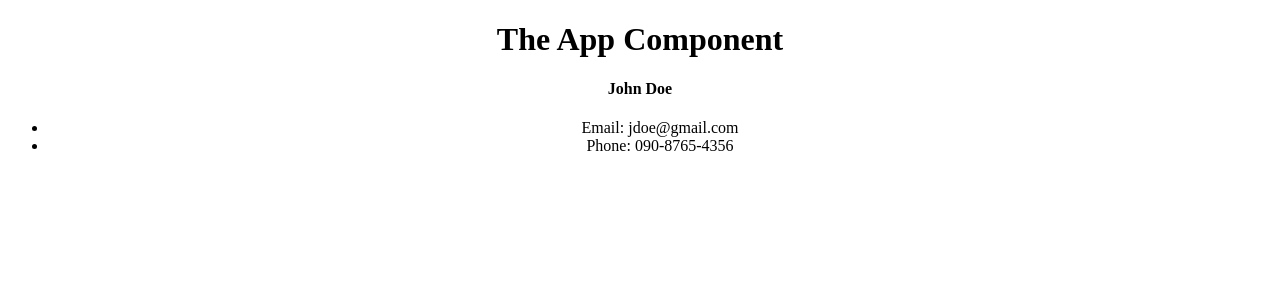
Repository: IkennaU/contactmanager
Page: /test
An editor plug-in stored every save of this project. The page is shown before and after the next save, followed by the edit.
The browser window is 1280 px wide. The pictures show the whole page.
The project was rebuilt for these pictures with package versions that can differ from the ones it lists, and the page was loaded fresh each time.

Above is the page before, as saved 2020-07-20 01:13:04.

### public/index.html
<!DOCTYPE html>
<html lang="en">
  <head>
    <meta charset="utf-8" />
    <link rel="icon" href="%PUBLIC_URL%/favicon.ico" />
    <meta name="viewport" content="width=device-width, initial-scale=1" />
    <meta name="theme-color" content="#000000" />
    <meta
      name="description"
      content="Web site created using create-react-app"
    />
    <link rel="apple-touch-icon" href="%PUBLIC_URL%/logo192.png" />
    <!--
      manifest.json provides metadata used when your web app is installed on a
      user's mobile device or desktop. See https://developers.google.com/web/fundamentals/web-app-manifest/
    -->
    <link rel="manifest" href="%PUBLIC_URL%/manifest.json" />
    <!--
      Notice the use of %PUBLIC_URL% in the tags above.
      It will be replaced with the URL of the `public` folder during the build.
      Only files inside the `public` folder can be referenced from the HTML.

      Unlike "/favicon.ico" or "favicon.ico", "%PUBLIC_URL%/favicon.ico" will
      work correctly both with client-side routing and a non-root public URL.
      Learn how to configure a non-root public URL by running `npm run build`.
    -->
    <title>Contact Manager</title>
  </head>
  <body>
    <noscript>You need to enable JavaScript to run this app.</noscript>
    <div id="root"></div>
    <!--
      This HTML file is a template.
      If you open it directly in the browser, you will see an empty page.

      You can add webfonts, meta tags, or analytics to this file.
      The build step will place the bundled scripts into the <body> tag.

      To begin the development, run `npm start` or `yarn start`.
      To create a production bundle, use `npm run build` or `yarn build`.
    -->
  </body>
</html>

### src/App.js
import React from "react";
import Contact from "./components/Contact";
import "./App.css";

function App() {
  return (
    <div className="App">
      <h1>The App Component</h1>
      <Contact />
    </div>
  );
}

export default App;

### src/components/Contact.js
import React, { Component } from "react";

class Contact extends Component {
  render() {
    return (
      <div>
        <h4>John Doe</h4>
        <ul>
          <li>Email: jdoe@gmail.com</li>
          <li>Phone: 090-8765-4356</li>
        </ul>
      </div>
    );
  }
}

export default Contact;

Loaded but not shown: src/index.js (common file); src/serviceWorker.js (common file); src/App.css (common file)

After the next save:
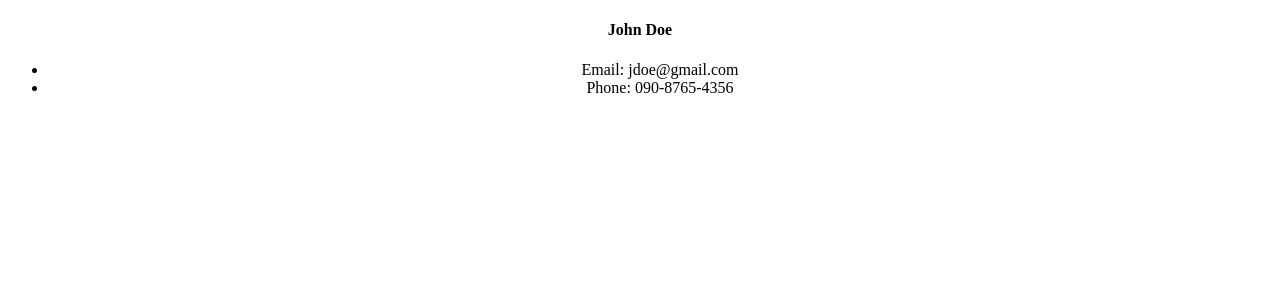
Saved 12 h 4 min later.
--- a/src/App.js
+++ b/src/App.js
@@ -5,7 +5,6 @@ import "./App.css";
 function App() {
   return (
     <div className="App">
-      <h1>The App Component</h1>
       <Contact />
     </div>
   );
